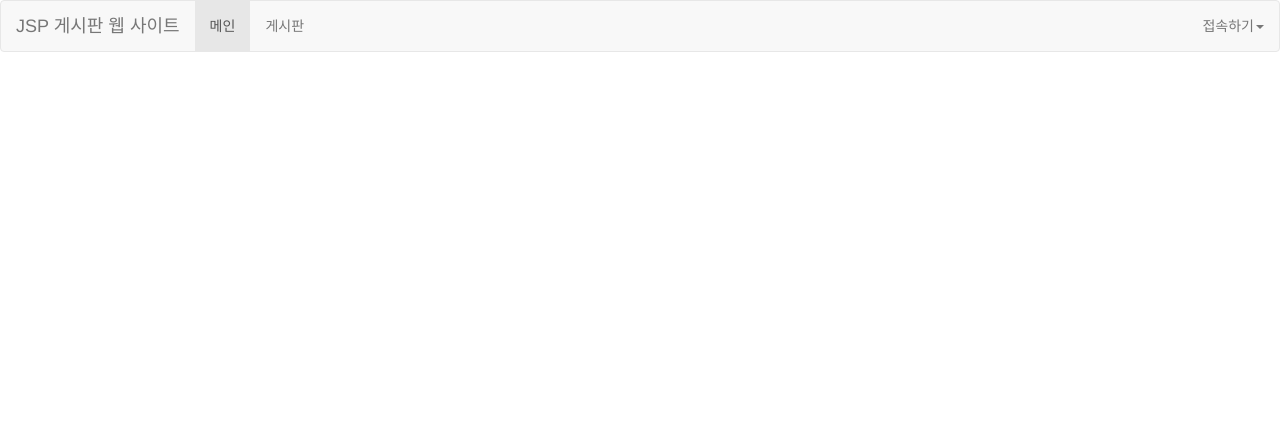
Repository: E-SeongMin/Bulletin-Board-System
Page: http://localhost/BBS_Project/BBS_Content/main.jsp
The author's editor kept a copy of each file at every save. The page is drawn from the files as they stood at one save, then again after the next save.
The browser window is 1280 px wide. The pictures show the whole page.
Some web libraries are served in a nearby version. The page is served by Tomcat 9.

Above is the page before, as saved 2021-05-20 09:31:56.

After the next save:
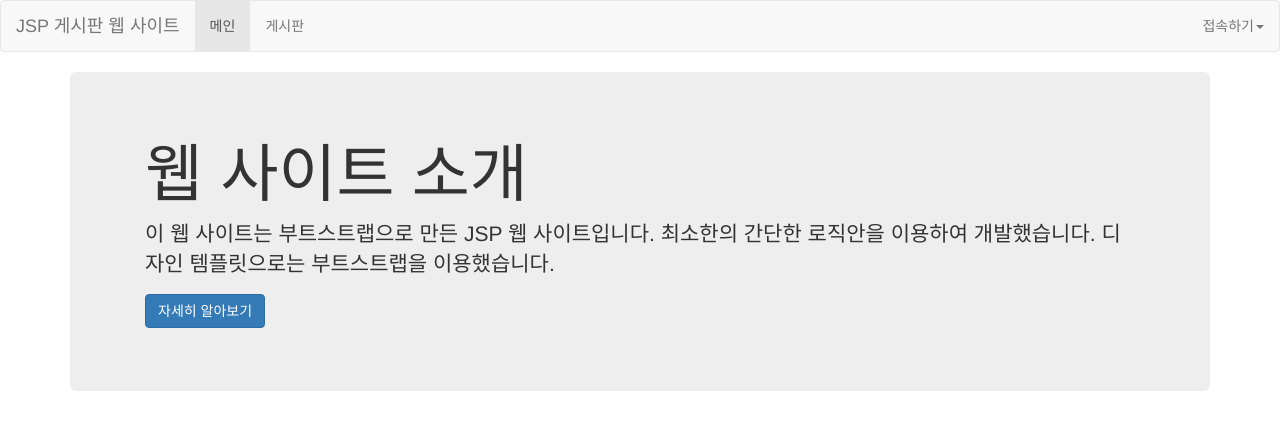
Saved 2 min 11 s later.
--- a/projects/BBS_Project/BBS_Content/main.jsp
+++ b/projects/BBS_Project/BBS_Content/main.jsp
@@ -7,6 +7,7 @@
 <meta http-equiv="Content-Type" content="text/html; charset=UTF-8">
 <meta name="viewport" content="width=device-width", initial-scale="1">
 <link rel="stylesheet" href="css/bootstrap.css">
+<link rel="stylesheet" href="css/custom.css">
 <title>JSP 게시판 웹 사이트</title>
 </head>
 <body>
@@ -64,6 +65,15 @@
 			%>
 		</div>
 	</nav>
+	<div class="container">
+		<div class="jumbotron">
+			<div class="container">
+				<h1>웹 사이트 소개</h1>
+				<p>이 웹 사이트는 부트스트랩으로 만든 JSP 웹 사이트입니다. 최소한의 간단한 로직안을 이용하여 개발했습니다. 디자인 템플릿으로는 부트스트랩을 이용했습니다.</p>
+				<p><a class="btn btn-primary btn-pull" href="#" role="button">자세히 알아보기</a></p>
+			</div>
+		</div>
+	</div>
 	<script src="https://code.jquery.com/jquery-3.1.1.min.js"></script>
 	<script src="js/bootstrap.js"></script>
 </body>
